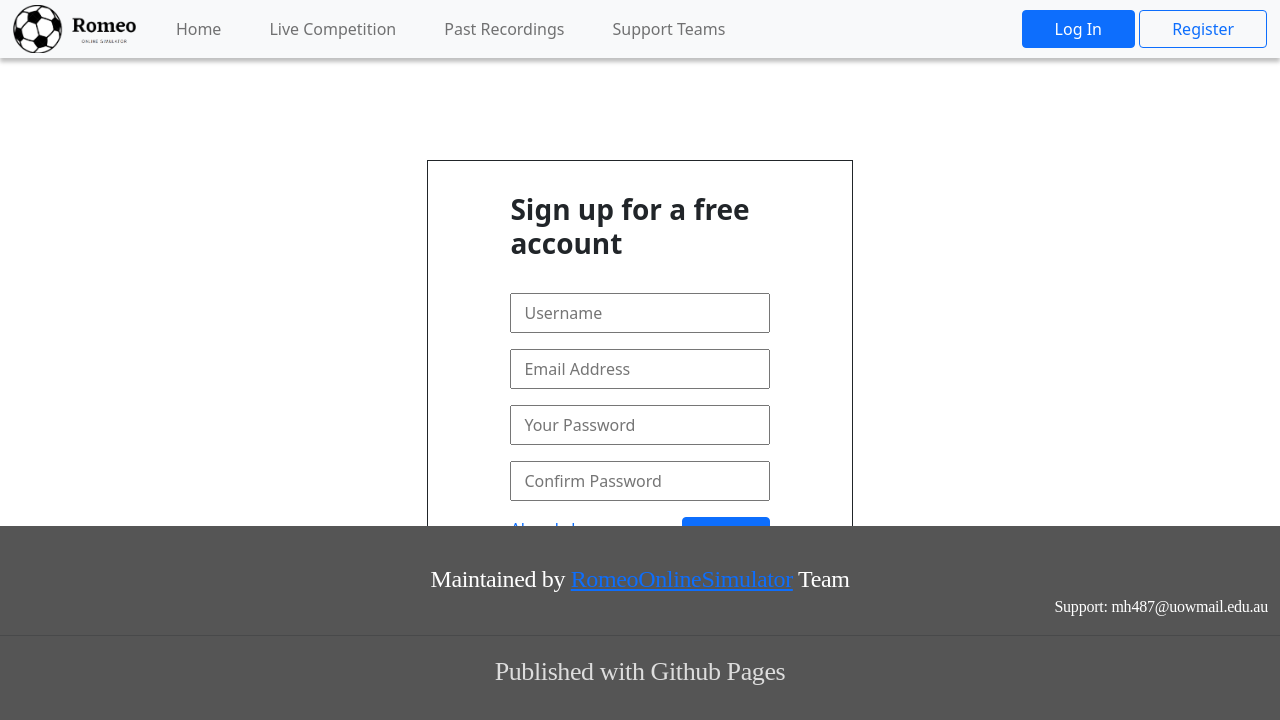
Repository: romeoonlinesim/romeoonlinesim.github.io
Page: register.html
An editor plug-in stored every save of this project. The page is shown before and after the next save, followed by the edit.
The browser window is 1280 px wide. The pictures show the whole page.

Above is the page before, as saved 2021-05-19 16:21:31.

### register.html
<!DOCTYPE html>
<html>
<head>
    <meta content="text/html;charset=utf-8" http-equiv="Content-Type">
    <meta content="utf-8" http-equiv="encoding">

    <!-- Bootstrap 5 link -->
    <link href="https://cdn.jsdelivr.net/npm/bootstrap@5.0.1/dist/css/bootstrap.min.css" rel="stylesheet" integrity="sha384-+0n0xVW2eSR5OomGNYDnhzAbDsOXxcvSN1TPprVMTNDbiYZCxYbOOl7+AMvyTG2x" crossorigin="anonymous">
    <!-- CSS Styling -->
    <style>
        .navbar {
            padding-left:1%;
            padding-right:1%;
            padding-top: 0%;
            padding-bottom:0%;
            box-shadow: 0px 4px 4px rgba(0, 0, 0, 0.25);
        }

        .navbar-nav > li{
            padding-left:16px;
            padding-right:16px;
        }

        .navbar-right > a {
            padding-left:32px;
            padding-right:32px;
        }

        #logo {
            max-height: 3rem;
            width:auto;
        }

        .background-img {
            max-width: 100%;
            height: auto;
        }

        .text {
            align-items: center;
            display:grid;
            grid-row-gap: 0%;
        }

        h3 {
            font-weight: bold;
        }

        .para {
            font-family: Montserrat;
            font-style: normal;
            font-weight: normal;
            font-size: 32px;
            line-height: 50px;
            margin-bottom: 0%;
            /* or 139% */

            letter-spacing: -0.015em;

            color: rgba(0, 0, 0, 0.8);
        }

        .row {
            padding-bottom: 3%;
        }

        .no-padding {
            padding-bottom: 1%;
        }

        .footer {
            background: #555555;
            max-height: min-content;
            position: absolute;
            bottom: 0;
            width: 100%;
        }

        .support-text {

            font-family: Comfortaa;
            font-style: normal;
            font-weight: normal;
            font-size: 24px;
            line-height: 32px;

            align-items: center;
            text-align: center;
            letter-spacing: -0.015em;

            color: #FFFFFF;
            padding-bottom: 0%;
            margin-bottom: 0%;
        }

        .support-email {
            font-family: Comfortaa;
            font-style: normal;
            font-weight: normal;
            font-size: 16px;
            align-items: center;
            text-align: right;
            letter-spacing: -0.015em;

            color: #FFFFFF;
        }

        .github-text {
            font-family: Montserrat;
            font-style: normal;
            font-weight: normal;
            font-size: 26px;

            text-align: center;
            letter-spacing: -0.015em;

            color: rgba(255, 255, 255, 0.8);
        }



        .passwordInput{
            margin-top: 5%;
            text-align :center;
        }

        .no-display{
            display: none;
        }

        .container {
            border-style:solid;
            border-width: 1px;
            margin-top:8%;
        }

        #box {
            width:600px;
            position:absolute;
            top: 50%;
            left: 50%;
            transform: translate(-50%, -50%);

        }

        .box {
            justify-content: space-between;
        }

        input {
            height: 2.5rem;
        }

        .input-name {
            width: 45%;
            text-indent: 10px;
        }

        .input-others {
            width: 100%;
            text-indent: 10px;
        }

        .already {
            display: table;
            flex-grow: 1;
        }

        meter {/* Reset the default appearance */
            -webkit-appearance: none;
            -moz-appearance: none;
            appearance: none;

            margin: 0 auto 1em;
            width: 100%;
            height: .5em;

            /* Applicable only to Firefox */
            background: none;
            background-color: rgba(0,0,0,0.1);
        }

        meter::-webkit-meter-bar {
            background: none;
            background-color: rgba(0,0,0,0.1);
        }

        meter[value="1"]::-webkit-meter-optimum-value { background: red; }
        meter[value="2"]::-webkit-meter-optimum-value { background: yellow; }
        meter[value="3"]::-webkit-meter-optimum-value { background: orange; }
        meter[value="4"]::-webkit-meter-optimum-value { background: green; }

        meter[value="1"]::-moz-meter-bar { background: red; }
        meter[value="2"]::-moz-meter-bar { background: yellow; }
        meter[value="3"]::-moz-meter-bar { background: orange; }
        meter[value="4"]::-moz-meter-bar { background: green; }
    </style>


</head>
<body>
    <!--div class="d-flex text-danger justify-content-center">
        <h4 style="margin-top: 10%; text-align :center">
            Password Strength Checker
        </h4>
        <br />
        <input type="password" placeholder="Type your password" id="Pass" class="form-control passwordInput">
        <br />
        <span id="strengthDisp" class="badge displayBadge">Weak</span>
        <br />
    </div-->

    <div class="navbar navbar-expand-lg navbar-light bg-light">
        <a href="#default" class = "navbar-brand">
            <img id="logo" src="img/logo-romeo-header.png">
        </a>
        <div class="collapse navbar-collapse" id="navbarSupportedContent">
            <ul class="navbar-nav mr-auto">
                <li class="nav-item">
                    <a class="nav-link" href="index.html">Home</a>
                </li>
                <li class="nav-item">
                    <a class="nav-link" href="#livecompetition">Live Competition</a>
                </li>
                <li class="nav-item">
                    <a class="nav-link" href="#recording">Past Recordings</a>
                </li>
                <li class="nav-item">
                    <a class="nav-link" href="teams.html">Support Teams</a>
                </li>
            </ul>
        </div>
        <div class="navbar-right">
            <a href="login.html" class="btn btn-primary">Log In</a>
            <a href="register.html" class="btn btn-outline-primary">Register</a>
        </div>
    </div>

    <div class="container col-lg-4">
        <div class="row p-3"></div>
        <div class="row">
            <div class="col-lg-2"></div>
            <div class="col-lg-8">

                <h3 class="pb-4">Sign up for a free account</h3>
                <!--div class="d-flex box pb-3">
                    <input type="text" class="input-name" name="fname" placeholder="First Name" />
                    <input type="text" class="input-name" name="lname" placeholder="Last Name" />
                </div-->
                <div class="pb-3">
                    <input type="text" class="input-others" name="username" placeholder="Username" />
                </div>
                <div class="pb-3">
                    <input type="text" class="input-others" name="email" placeholder="Email Address" />
                </div>
                <div class="pb-3">
                    <input id="password" type="password" class="input-others" name="password" placeholder="Your Password" />

                </div>
                <meter max="4" id="password-strength-meter" class="no-display"></meter>

                <div class="pb-3">
                    <input type="password" class="input-others" name="cpassword" placeholder="Confirm Password" />
                </div>
                <div class="d-flex">
                    <div class="already">
                        <a style="vertical-align: middle; display:table-cell;" href="login.html">Already have an account? Sign in here</a>
                    </div>

                    <input type="button" class="btn btn-primary" value="Register" />
                </div>

            </div>
            <div class="col-lg-2"></div>
        </div>
        <div class="row p-3"></div>
    </div>
    </div>

    <div class="footer">
        <div class="container-fluid">
            <div class="row"></div>
            <div class="no-padding row">
                <p class="support-text">Maintained by <a href="#">RomeoOnlineSimulator</a> Team</p>
                <p class="support-email ml-auto">Support: mh487@uowmail.edu.au </p>
                <hr>
                <p class="github-text">Published with Github Pages</p>
            </div>
        </div>
    </div>

    <script src="https://cdnjs.cloudflare.com/ajax/libs/zxcvbn/4.2.0/zxcvbn.js"></script>
    <script>
        var strength = {
            0: "Worst",
            1: "Bad",
            2: "Weak",
            3: "Good",
            4: "Strong"
        }

        var password = document.getElementById("password");
        var meter = document.getElementById('password-strength-meter');

        password.addEventListener('input', function() {
            var val = password.value;
            var result = zxcvbn(val);

            if (val != null) {
                meter.style.display = "block";
            } else
                meter.style.display = "none";

            // Update the password strength meter
            meter.value = result.score;

        });
    </script>
</body>
</html>

After the next save:
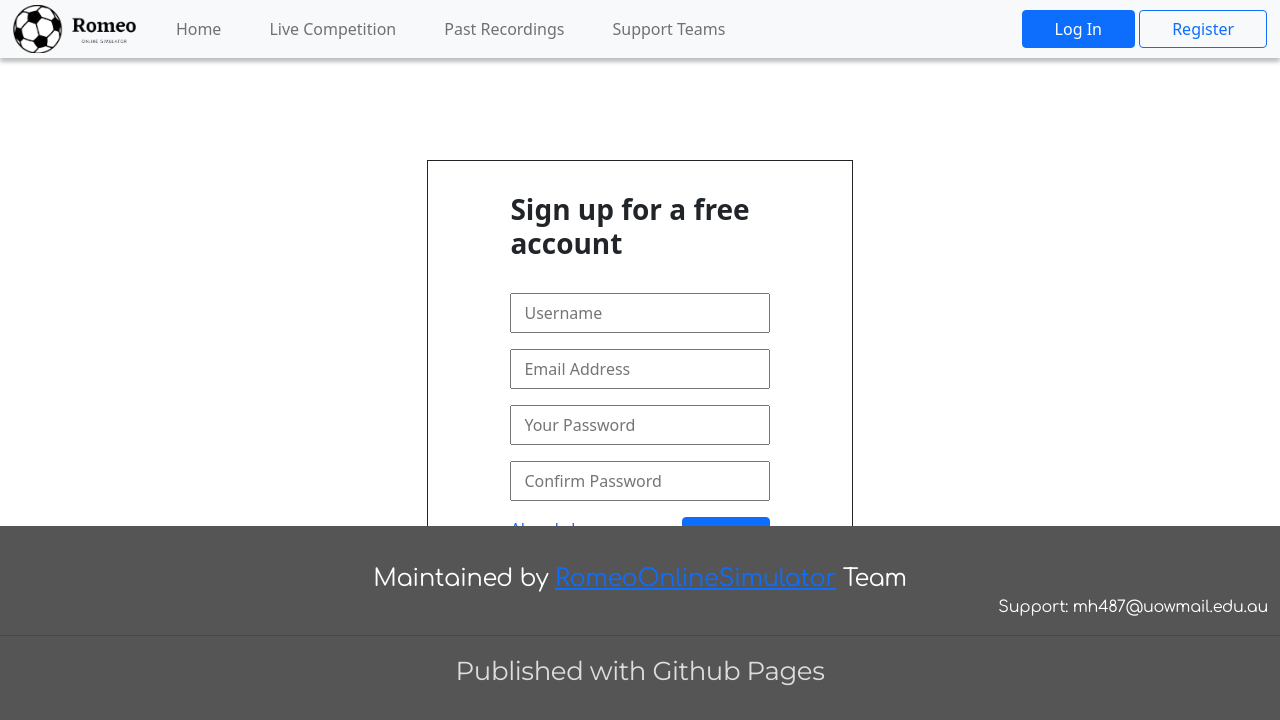
Saved 2 h 20 min later.
--- a/register.html
+++ b/register.html
@@ -3,6 +3,12 @@
 <head>
     <meta content="text/html;charset=utf-8" http-equiv="Content-Type">
     <meta content="utf-8" http-equiv="encoding">
+
+    <link rel="stylesheet"
+          href="https://fonts.googleapis.com/css?family=Montserrat">
+
+    <link rel="stylesheet"
+          href="https://fonts.googleapis.com/css?family=Comfortaa">
 
     <!-- Bootstrap 5 link -->
     <link href="https://cdn.jsdelivr.net/npm/bootstrap@5.0.1/dist/css/bootstrap.min.css" rel="stylesheet" integrity="sha384-+0n0xVW2eSR5OomGNYDnhzAbDsOXxcvSN1TPprVMTNDbiYZCxYbOOl7+AMvyTG2x" crossorigin="anonymous">
